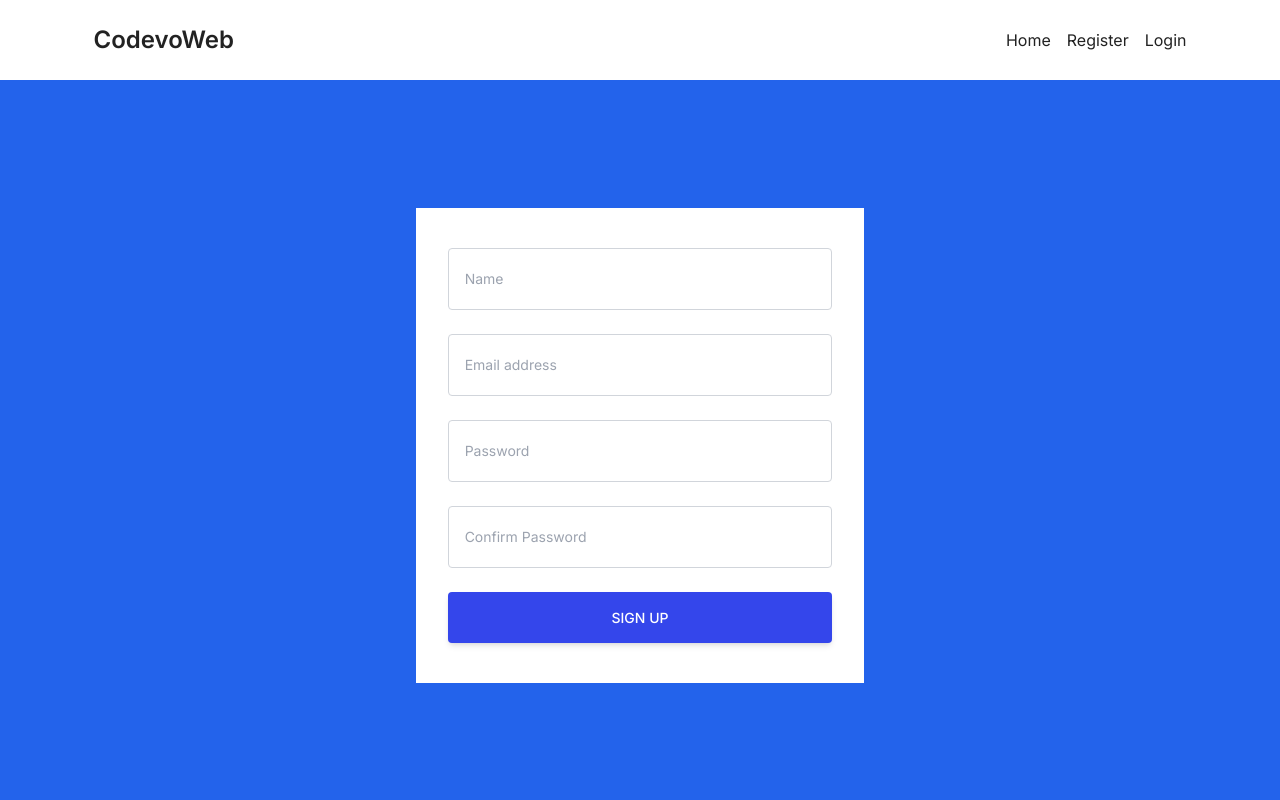
Repository: tushcmd/next-auth
Page: /register
These files come from the project's save history. The page is drawn as it stood at one moment and after the next save; the edit follows.
The browser window is 1280 px wide. The pictures show the whole page.
The page's requests for data from a server got no answer. The project was rebuilt for these pictures with package versions that can differ from the ones it lists, and the page was loaded fresh each time. The framework's server and built-in components were replaced by stand-ins that run in the browser. No one was signed in, and anything a server would have sent is missing. Also part of the build but not shown: next.config.mjs. Imported but missing from the stored project, and not drawn on this page: prisma/prisma.

Above is the page before, as saved 2024-02-07 08:04:58.

After the next save:
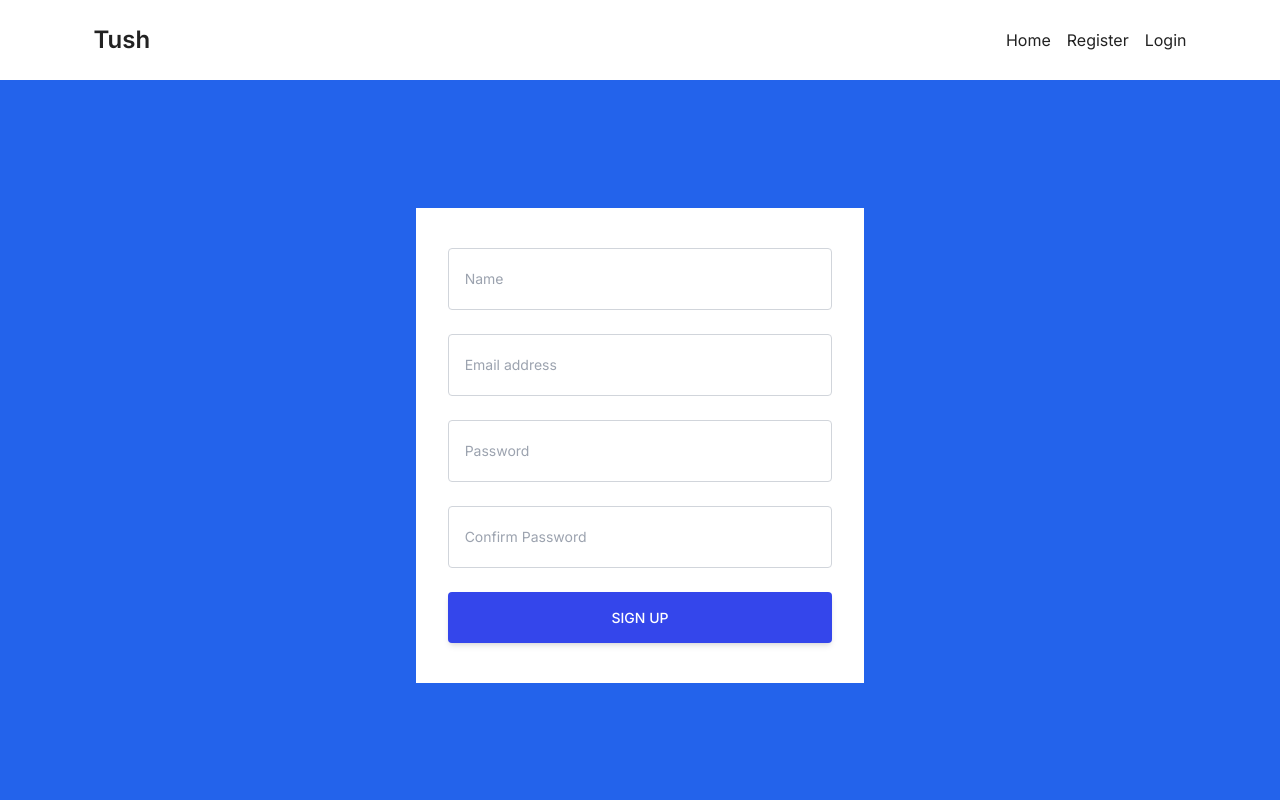
Saved 54 days later.
--- a/components/header.tsx
+++ b/components/header.tsx
@@ -15,7 +15,7 @@ const Header = async () => {
       <nav className='h-full flex justify-between container items-center'>
         <div>
           <Link href='/' className='text-ct-dark-600 text-2xl font-semibold'>
-            CodevoWeb
+            Tush
           </Link>
         </div>
         <ul className='flex items-center space-x-4'>
